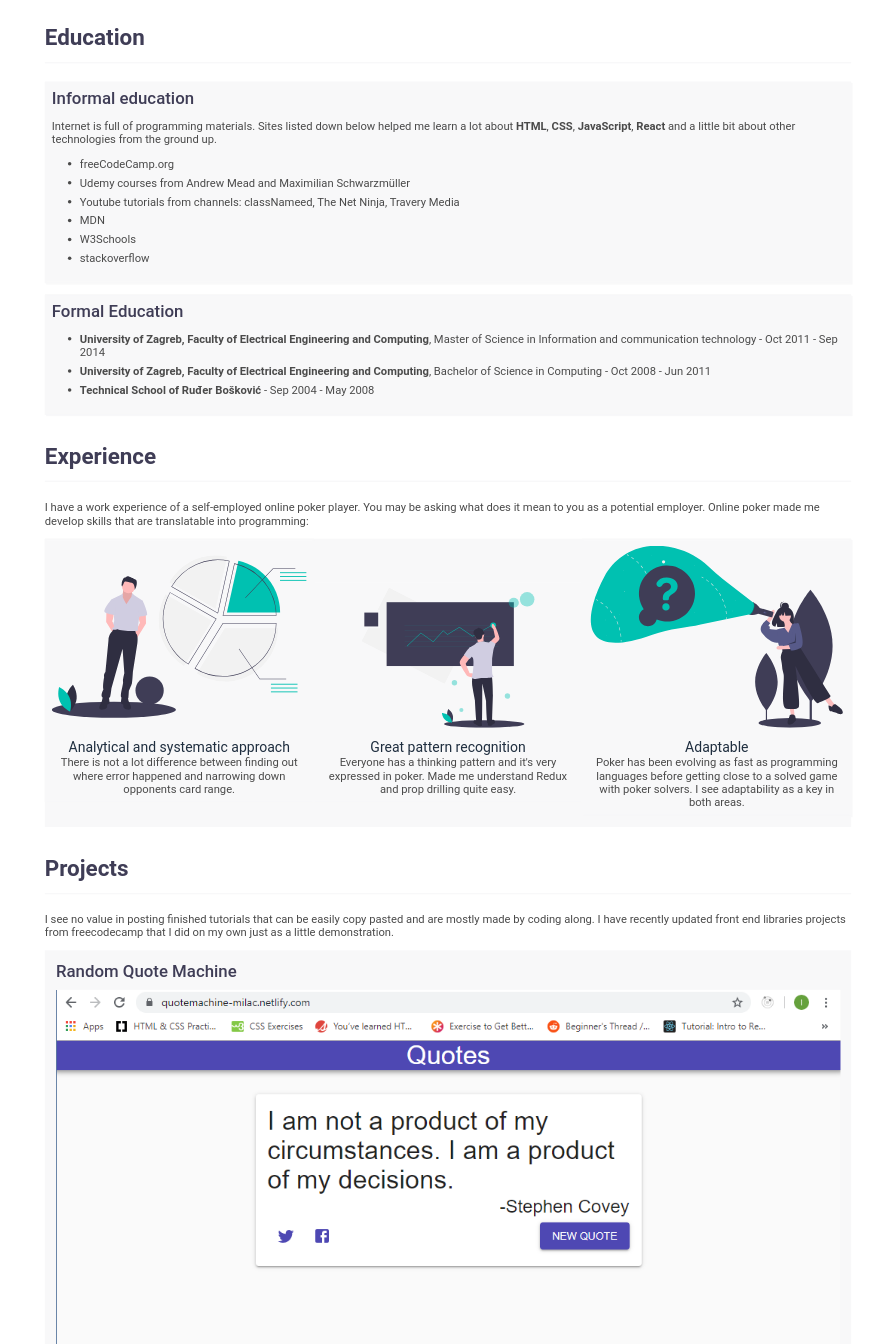
Repository: milac0/my-website
Page: /
These files come from the project's save history. The page is drawn as it stood at one moment and after the next save; the edit follows.
The browser window is 1280 px wide. The pictures show the part of the page from y = 591 to 2511 px (the page is 6744 px tall), at 70% of full size.
The project was rebuilt for these pictures with package versions that can differ from the ones it lists, and the page was loaded fresh each time. Also part of the build but not shown: src/components/formContact.module.css, src/components/FormContact.js, src/pages/contact.module.css, src/pages/Contact.js. Imported but missing from the stored project, and not drawn on this page: src/resume.pdf.

Above is the page before, as saved 2019-10-24 21:03:24.

### public/index.html
<!DOCTYPE html>
<html lang="en">
  <head>
    <meta charset="utf-8" />
    <link rel="icon" href="%PUBLIC_URL%/favicon.ico" />
    <meta name="viewport" content="width=device-width, initial-scale=1" />
    <meta name="theme-color" content="#000000" />
    <meta
      name="description"
      content="Web site created using create-react-app"
    />
    <!--
      manifest.json provides metadata used when your web app is installed on a
      user's mobile device or desktop. See https://developers.google.com/web/fundamentals/web-app-manifest/
    -->
    <link rel="manifest" href="%PUBLIC_URL%/manifest.json" />
    <!--
      Notice the use of %PUBLIC_URL% in the tags above.
      It will be replaced with the URL of the `public` folder during the build.
      Only files inside the `public` folder can be referenced from the HTML.

      Unlike "/favicon.ico" or "favicon.ico", "%PUBLIC_URL%/favicon.ico" will
      work correctly both with client-side routing and a non-root public URL.
      Learn how to configure a non-root public URL by running `npm run build`.
    -->
    <title>Mile Balenovic</title>
  </head>
  <body>
    <noscript>You need to enable JavaScript to run this app.</noscript>
    <div id="root"></div>
    <!--
      This HTML file is a template.
      If you open it directly in the browser, you will see an empty page.

      You can add webfonts, meta tags, or analytics to this file.
      The build step will place the bundled scripts into the <body> tag.

      To begin the development, run `npm start` or `yarn start`.
      To create a production bundle, use `npm run build` or `yarn build`.
    -->
  </body>
</html>

### src/index.css
html, body {
  height: 100%;
}

body {
  display: flex;
  flex-direction: column;
}

body {
  margin: 0;
  font-family: 'Roboto', sans-serif;
  -webkit-font-smoothing: antialiased;
  -moz-osx-font-smoothing: grayscale;
}

/*****
  Navbar & Hero
*****/

header,
.hero {
  background:#3F3D56;
  border-bottom: 0.1px solid #ffffff;
  text-align: center;
}

.hero {
  margin-bottom: 2em;
}

.container {
  width: 90%;
  max-width: 1200px;
  margin: 0 auto;
}

nav li {
  list-style: none;
  display: flex;
  justify-content: space-evenly;
  align-items: center;
}

.nav-item:hover {
  filter: invert(0.1);
}
nav ul {
  padding: 0;
}

.hero {
  margin-bottom: 2.5em;
}

.hero-profile {
  padding: 3em 0;
}

.hero-profile img {
  margin-bottom: 0.5em;
}

.hero-profile-title,
.hero-profile-subtitle {
  color: #ffffff;
}

.hero-profile h1 {
  margin: 0;
  font-size: 2rem;
}

.hero-profile p {
  font-size: 1rem;
  margin: 0;
  margin-top: -0.25rem;
  margin-bottom: 1.5em;
}

.hero-profile-subtitle strong {
  font-weight: 700;
  color: #61dafb;
}

.button-cta,
.button-home {
  background: #00AEA0;
  color: #1f2e3f;
  padding: 0.75em 2em;
  border: none;
  border-radius: 20px;
  font-size: 1rem;
  font-weight: 700;
  text-decoration: none;
}

.button-cta:hover,
.button-cta:focus {
  background: #00C1B1;
  color: #1f2e3f;
  cursor: pointer;
}

.button-home {
  background: #ffffff;
  border: 2px solid #1f2e3f;
  padding: 0.3em 1em;
}

.button-home:hover,
.button-home:focus {
  border: 2px solid #ffffff;
 filter: invert(0.1);
}


/*****
  Typography
*****/

h1 {
  color: #3F3D56;
}

h2 {
  color: #3F3D56;
  font-size: 1.5rem;
  font-weight: 500;
  margin: 0;
}

p,
ul {
  color: #4a4a4a;
}

.section-skill h2 {
  color: #1F2E3F;
  font-size: 1.25rem;
  font-weight: 400;
  margin: 0;
}

.section-body {
  font-size: 1rem;
  margin-bottom: 1em;
}

#section-cta .section-title,
#section-cta .section-body {
  color: #ffffff;

}

/*****
  Layout
*****/
section {
  margin-bottom: 2.5em;
}

.section-title {
  border-bottom: 2px solid #F8F8F9;
  font-size: 2rem;
  padding-bottom: 0.5em;
}

.article-education,
.section-skill {
  box-shadow: 2px 2px #F8F8F9;
  border: 2px solid #F8F8F9;
  margin-bottom: 1em;
  padding: 0.5em;
}

.article-education li{
  margin-bottom: 0.5em;
}

.section-skill {
  background: #F8F8F9;
  text-align: center;
}

.section-skill p {
  margin: 0;
}

.section-skill-image {
  display: block;
  margin: 0 auto 1em auto;
  height: 260px;
  width: 100%;
}

.big-svg {
  height: 200px;
}

article {
  background: #F8F8F9;
  padding: 1em;
  margin-bottom: 1em;
}

article h2 {
  margin-bottom: 0.5em;
}

.project-image {
  display: block;
  width: 100%;
  cursor: pointer;
  border-left: 1px solid #19427A;
  border-bottom: 1px solid #19427A;
  border-radius: 0 0 0 5px;
}

.project-image:hover {
  filter: invert(0.1);
}


#section-cta {
  padding-bottom: 5em;
  background: #3F3D56;
}

#section-cta{
  text-align: center;
  padding: 0.5em;
}

#section-cta .button-cta {
  margin: 1em 0 2em 0;
}

footer {
  background: #F8F8F9;
  padding: 3em 0;
  width: 100%;
  text-align: center;
  flex-shrink: 0;
}

.invalid-feedback {
  color: #D8000C;
  font-size: 0.75rem;
  font-family: 'Roboto', sans-serif;
}

@media (min-width: 752px) {
  .section-skills {
    background: #F8F8F9;
    display: flex;
    flex-direction: row;
    align-items: baseline;
  }
  .section-skill {
    flex: 1 1 300px;
      }

  .section-skill-image {
    /* height: auto; */
    width: 100%;
  }
}

### src/App.js
import React from 'react';
import {
  BrowserRouter as Router,
  Switch,
  Route,
} from "react-router-dom";
import Home from './pages/Home'
import Contact from './pages/Contact';

function App() {
  return (
      <Router>
        <Switch>
        <Route path ="/" exact component={Home} />
        <Route path ="/contact" component={Contact} />
        </Switch>
      </Router>

  );
}

export default App;

### src/pages/Home.js
import React, { Fragment } from "react";
import Navbar from "../components/Navbar";
import Hero from "../components/Hero";
import AboutMe from "../components/AboutMe";
import Education from "../components/Education";
import Experience from "../components/Experience";
import Projects from "../components/Projects";
import SectionCTA from "../components/SectionCTA";
import Footer from "../components/Footer";

const Home = () => {
  return (
    <Fragment>
      <Navbar />
      <Hero />
      <main>
        <div className="container">
          <AboutMe />
          <Education />
          <Experience />
          <Projects />
          <SectionCTA />
        </div>
      </main>
      <Footer />
    </Fragment>
  );
};

export default Home;

### src/components/Navbar.js
import React from "react";
import { Link } from "react-router-dom";

import resumeIcon from "../images/resume.png";
import linkedinIcon from "../images/linkedin.png";
import githubIcon from "../images/github.png";
import homeIcon from "../images/home.png";
import resumePdf from "../resume.pdf";

//mui
import Tooltip from "@material-ui/core/Tooltip";

const Navbar = () => {
  return (
    <header>
      <div className="container">
        <nav>
          <li>
            <ul>
              <Tooltip title="Home">
                <Link to="/">
                  <img className="nav-item" src={homeIcon} alt="home" />
                </Link>
              </Tooltip>
            </ul>
            <ul>
              <Tooltip title="Resume">
                <a href={resumePdf} download target="_self">
                  <img className="nav-item" src={resumeIcon} alt="resume" />
                </a>
              </Tooltip>
            </ul>
            <ul>
              <Tooltip title="Linkedin">
                <a
                  href="https://www.linkedin.com/in/mile-balenovi%C4%87-a4ab9188/"
                  target="_blank"
                  rel="noopener noreferrer"
                >
                  <img className="nav-item" src={linkedinIcon} alt="linkedin" />
                </a>
              </Tooltip>
            </ul>
            <ul>
              <Tooltip title="Github">
                <a
                  href="https://github.com/milac0"
                  target="_blank"
                  rel="noopener noreferrer"
                >
                  <img className="nav-item" src={githubIcon} alt="github" />
                </a>
              </Tooltip>
            </ul>
          </li>
        </nav>
      </div>
    </header>
  );
};

export default Navbar;

### src/components/Hero.js
import React from "react";
import { Link } from "react-router-dom";
import LazyLoad from "react-lazyload";
import profileImg from "../images/profile.png";

const Hero = () => {
  return (
    <div className="hero">
      <div className="container">
        <div className="hero-profile">
          <img src={profileImg} className="hero-profile-image" alt="profile" />
          <h1 className="hero-profile-title">Mile Balenovic</h1>
          <p className="hero-profile-subtitle">
            Switching career to <strong>React</strong> development
          </p>
          <Link to="/contact">
            <button className="button-cta">Contact Me!</button>
          </Link>
        </div>
      </div>
    </div>
  );
};

export default Hero;

### src/components/AboutMe.js
import React from "react";

const AboutMe = () => {
  return (
    <section>
      <h1 className="section-title">About Me</h1>
      <p className="section-body">
        <strong>
          Master of Science in Information and communication technology.
        </strong>{" "}
        Constant learning and skill growth is what motivates me, while
        problem-solving and overcoming obstacles excites me. Completely involved
        in JavaScript upon ending online poker career in March 2019.
      </p>
    </section>
  );
};

export default AboutMe;

### src/components/Education.js
import React from "react";

const Education = () => {
  return (
    <section>
      <h1 className="section-title">Education</h1>
      <article className="article-education">
        <h2>Informal education</h2>
        <p>
          Internet is full of programming materials. Sites listed down below
          helped me learn a lot about
          <strong> HTML</strong>, <strong>CSS</strong>,{" "}
          <strong>JavaScript</strong>,<strong> React</strong> and a little bit
          about other technologies from the ground up.
        </p>
        <ul>
          <li>freeCodeCamp.org</li>
          <li>Udemy courses from Andrew Mead and Maximilian Schwarzmüller</li>
          <li>
            Youtube tutorials from channels: classNameed, The Net Ninja, Travery
            Media{" "}
          </li>
          <li>MDN</li>
          <li>W3Schools</li>
          <li>stackoverflow</li>
        </ul>
      </article>
      <article className="article-education">
        <h2>Formal Education</h2>
        <ul>
          <li>
            <strong>
              University of Zagreb, Faculty of Electrical Engineering and
              Computing
            </strong>
            , Master of Science in Information and communication technology -
            Oct 2011 - Sep 2014
          </li>
          <li>
            <strong>
              University of Zagreb, Faculty of Electrical Engineering and
              Computing
            </strong>
            , Bachelor of Science in Computing - Oct 2008 - Jun 2011
          </li>
          <li>
            <strong>Technical School of Ruđer Bošković</strong> - Sep 2004 - May
            2008
          </li>
        </ul>
      </article>
    </section>
  );
};

export default Education;

### src/components/Experience.js
import React from "react";
import LazyLoad from "react-lazyload";
import analyticalImg from "../images/analytical.svg";
import patternImg from "../images/pattern.svg";
import adaptiveImg from "../images/adaptive.svg";

const Experience = () => {
  return (
    <section>
      <h1 className="section-title">Experience</h1>
      <p className="section-body">
        I have a work experience of a self-employed online poker player. You may
        be asking what does it mean to you as a potential employer. Online poker
        made me develop skills that are translatable into programming:
      </p>
      <div className="section-skills">
      <div className="section-skill">
        <LazyLoad height={200}>
          <img
            className="section-skill-image"
            src={analyticalImg}
            alt="analytical"
          />
        </LazyLoad>
        <h2>Analytical and systematic approach</h2>
        <p>
          There is not a lot difference between finding out where error happened
          and narrowing down opponents card range.
        </p>
      </div>
      <div className="section-skill">
        <LazyLoad height={200}>
          <img className="section-skill-image big-svg" src={patternImg} alt="pattern" />
        </LazyLoad>
        <h2>Great pattern recognition</h2>
        <p>
          Everyone has a thinking pattern and it's very expressed in poker. Made
          me understand Redux and prop drilling quite easy.
        </p>
      </div>
      <div className="section-skill">
        <LazyLoad height={200}>
          <img className="section-skill-image" src={adaptiveImg} alt="" />
        </LazyLoad>
        <h2>Adaptable</h2>
        <p>
          Poker has been evolving as fast as programming languages before
          getting close to a solved game with poker solvers. I see adaptability
          as a key in both areas.
        </p>
      </div>
      </div>
    </section>
  );
};

export default Experience;

### src/components/Projects.js
import React from "react";
import LazyLoad from "react-lazyload";

import quoteImg from "../images/quote.PNG";
import markdownImg from "../images/markdown.PNG";
import pomodoroImg from "../images/pomodoro.PNG";
import drumImg from "../images/drum.PNG";

const Projects = () => {
  return (
    <section>
      <h1 className="section-title">Projects</h1>
      <p className="section-body">
        I see no value in posting finished tutorials that can be easily copy
        pasted and are mostly made by coding along. I have recently updated
        front end libraries projects from freecodecamp that I did on my own just
        as a little demonstration.
      </p>
      <article>
        <h2>Random Quote Machine</h2>
        <a
          href="https://quotemachine-milac.netlify.com/"
          target="_blank"
          rel="noopener noreferrer"
        >
          <LazyLoad>
            <img className="project-image" src={quoteImg} alt="quote-machine" />
          </LazyLoad>
        </a>
        <p>hooks, axios, material-ui, lodash</p>
      </article>
      <article>
        <h2>Markdown Previewer</h2>
        <a
          href="https://markdown-milac.netlify.com/"
          target="_blank"
          rel="noopener noreferrer"
        >
          <LazyLoad>
            <img
              className="project-image"
              src={markdownImg}
              alt="markdown-previewer"
            />
          </LazyLoad>
        </a>
        <p>nothing</p>
      </article>
      <article>
        <h2>Drum Machine</h2>
        <a
          href="https://drummachine-milac.netlify.com/"
          target="_blank"
          rel="noopener noreferrer"
        >
          <LazyLoad>
            <img className="project-image" src={drumImg} alt="drum-machine" />
          </LazyLoad>
        </a>
        <p>hooks, axios, material-ui</p>
      </article>
      <article>
        <h2>Pomodoro Clock</h2>
        <a
          href="https://pomodoro-clo.netlify.com/"
          target="_blank"
          rel="noopener noreferrer"
        >
          <LazyLoad>
            <img
              className="project-image"
              src={pomodoroImg}
              alt="pomodoro clock"
            />
          </LazyLoad>
        </a>
        <p>hooks, axios, material-ui</p>
      </article>
    </section>
  );
};

export default Projects;

### src/components/SectionCTA.js
import React from "react";
import { Link } from "react-router-dom";

const SectionCTA = () => {
  return (
    <section id="section-cta">
      <h1 className="section-title">Do you like what you've read?</h1>
      <p className="section-body">
        I have plenty more to learn and with the guidance of yours more experienced
        employees I'm sure I can contribute to your company in no time.
      </p>
      <Link to="/contact">
        <button className="button-cta">Contact Me!</button>
      </Link>
    </section>
  );
};

export default SectionCTA;

### src/components/Footer.js
import React from "react";

const Footer = () => {
  return (
    <footer>
      <p> Copyright 2019</p>
    </footer>
  );
};

export default Footer;

Loaded but not shown: src/index.js (common file)

After the next save:
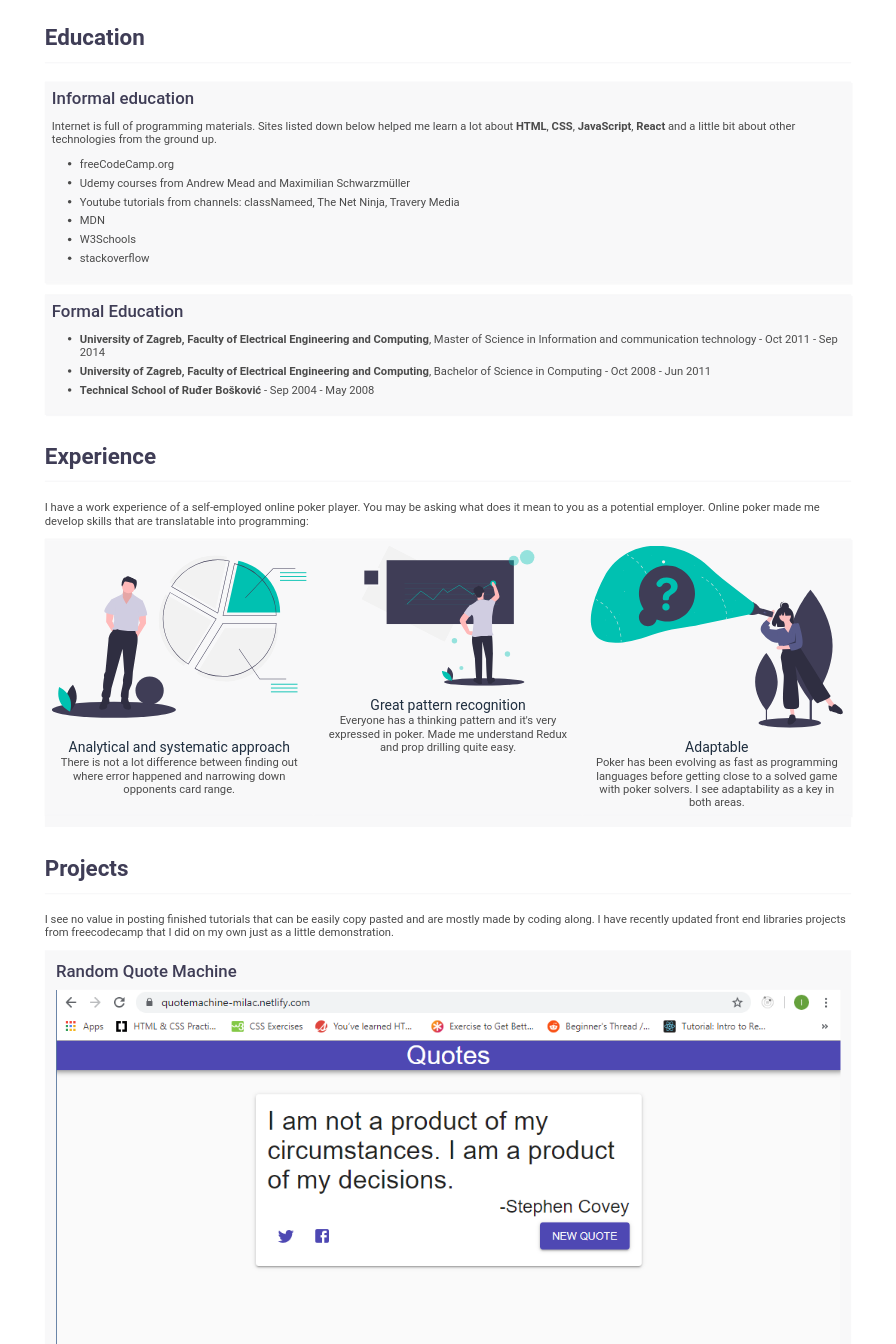
Saved 48 s later.
--- a/src/index.css
+++ b/src/index.css
@@ -255,7 +255,7 @@ footer {
     background: #F8F8F9;
     display: flex;
     flex-direction: row;
-    align-items: baseline;
+    /* align-items: baseline; */
   }
   .section-skill {
     flex: 1 1 300px;
